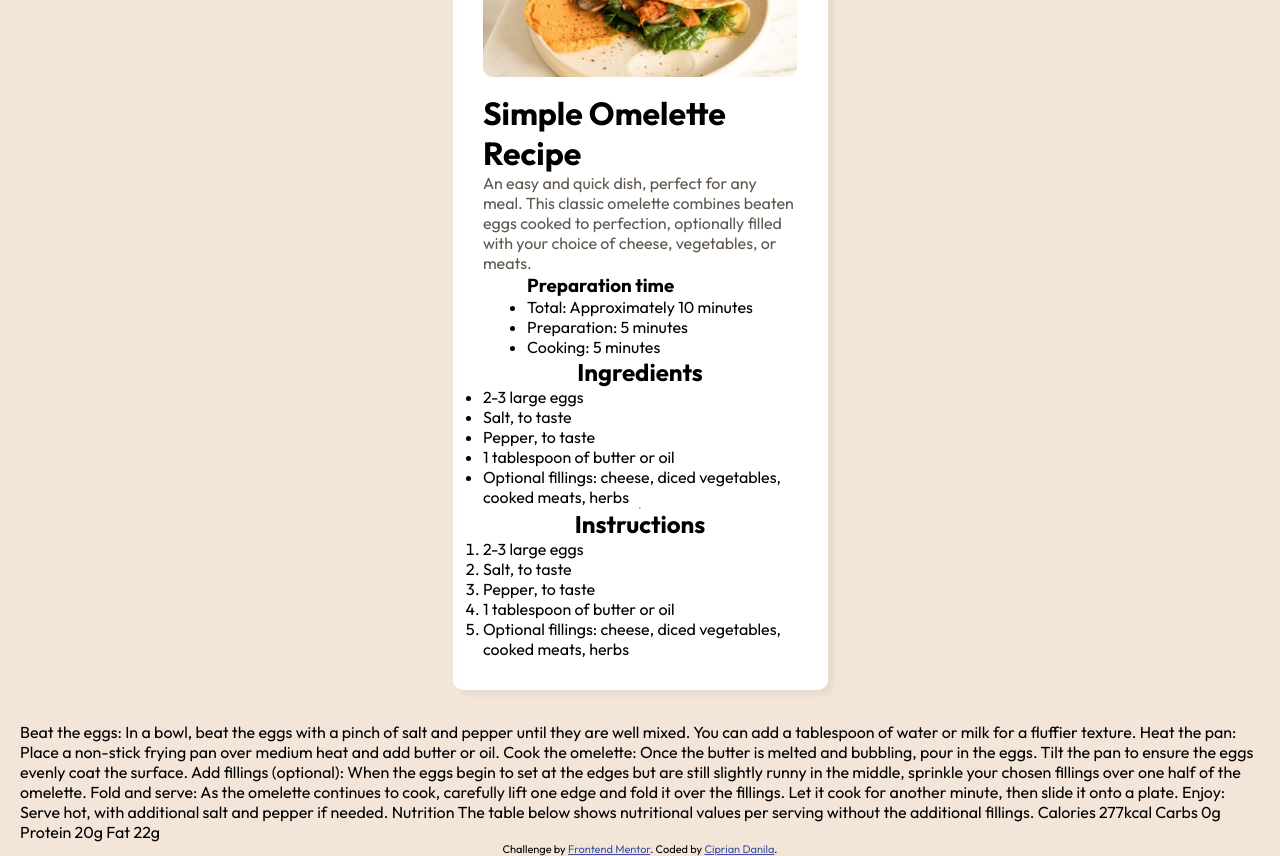
Repository: cipdanila/recipe-page
Page: index.html
The author's editor kept a copy of each file at every save. The page is drawn from the files as they stood at one save, then again after the next save.
The browser window is 1280 px wide. The pictures show the whole page.

Above is the page before, as saved 2024-01-21 15:10:58.

After the next save:
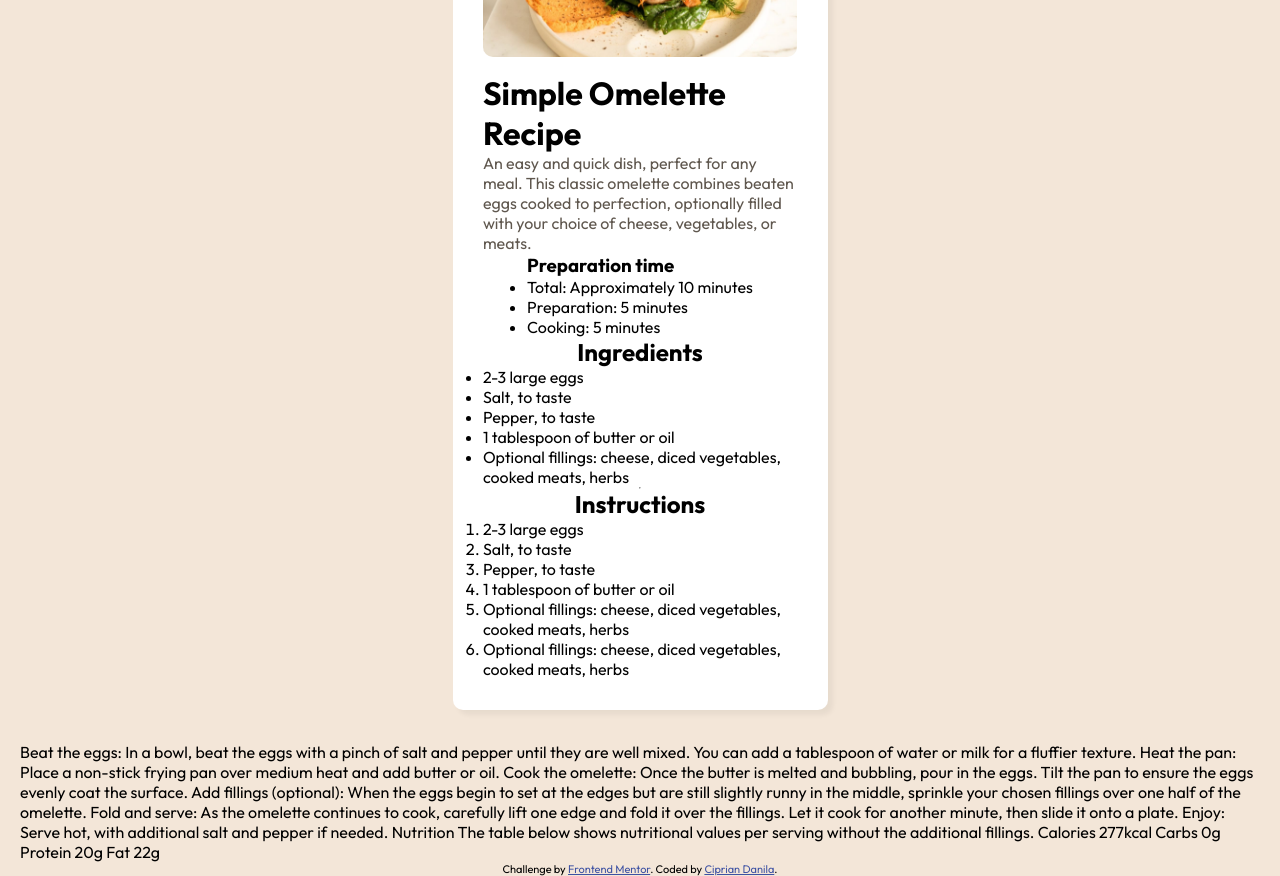
Saved 10 s later.
--- a/index.html
+++ b/index.html
@@ -43,6 +43,7 @@
         <li>Pepper, to taste</li>
         <li>1 tablespoon of butter or oil</li>
         <li>Optional fillings: cheese, diced vegetables, cooked meats, herbs</li>
+        <li>Optional fillings: cheese, diced vegetables, cooked meats, herbs</li>
       </ol>
     </div>
   </main>
